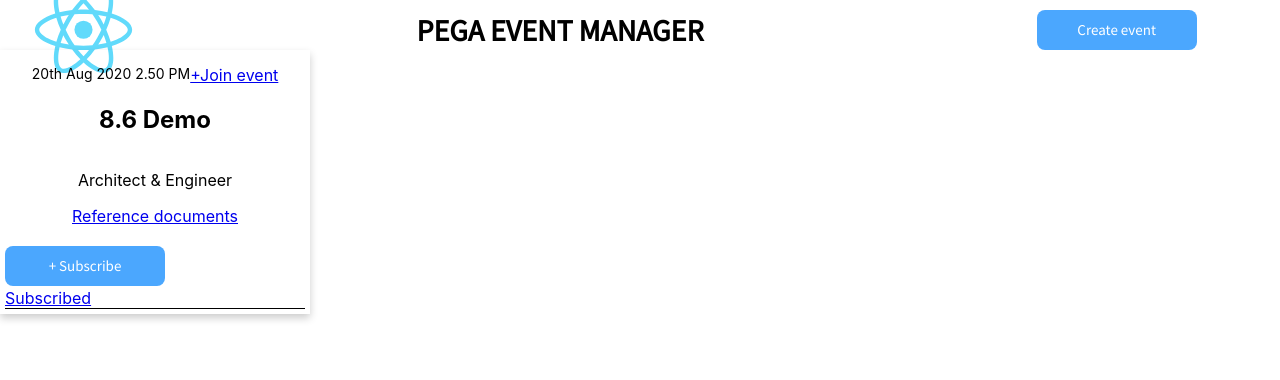
Repository: SasiVeeramachaneni/eventmanager
Page: /
The author's editor kept a copy of each file at every save. The page is drawn from the files as they stood at one save, then again after the next save.
The browser window is 1280 px wide. The pictures show the whole page.
The project was rebuilt for these pictures with package versions that can differ from the ones it lists, and the page was loaded fresh each time.

Above is the page before, as saved 2020-08-19 15:20:22.

### src/index.js
import React from 'react';
import ReactDOM from 'react-dom';
import './index.css';
import App from './App';
import * as serviceWorker from './serviceWorker';
import './fonts/SourceSansPro-Regular.ttf'

ReactDOM.render(
  <React.StrictMode>
    <App />
  </React.StrictMode>,
  document.getElementById('root')
);

// If you want your app to work offline and load faster, you can change
// unregister() to register() below. Note this comes with some pitfalls.
// Learn more about service workers: https://bit.ly/CRA-PWA
serviceWorker.unregister();

### src/App.js
import React from 'react';
import './App.css';
import logo from './logo.svg';
import Card from './Card';


function App() {
  return (
    <div className="App">
      <div className="header">
        <div className="logo"><img src={logo} alt=""/></div>
        <div className="heading">PEGA EVENT MANAGER</div>
        <div className="logo"><button type="button" className="createbutton">Create event</button></div>
      </div>
      <div className="body">
        <Card />

      </div>

    </div>
  );
}

export default App;

### src/App.css
.App {
  height: 100vh;
  width: 100%;
  display: grid;
  grid-template-rows: 50px 1fr;
}

@font-face {
  font-family: 'SourceSansPro';
  src: local('SourceSansPro'), url(./fonts/SourceSansPro-Regular.ttf) format('truetype');
}


.container {
  padding: 2px 16px;
}

.header {
  display: flex;
  align-items: stretch;
  justify-content: space-evenly;
  padding-top: 10px;
}

.logo {
  flex-grow: 1;
  display: flex;
  align-items: center;
  justify-content: center;
}

.heading {
  flex-grow: 3;
  display: flex;
  align-items: center;
  justify-content: center;
  font-size: 30px;
  font-weight: bold;
  font-family: SourceSansPro;

}

.createbutton {
  width: 10rem;
  color: #FFF;
  background: #4BA7FE;
  border-radius: 8px;
  font-size: 15px;
  line-height: 24px;
  height: 2.5rem;
  position: relative;
  align-items: center;
  box-sizing: border-box;
  transition: all 0.4s ease-in-out;
  border: none;
  font-family: SourceSansPro;


}

.body {
}

### src/Card.js
import React from 'react';
import './Card.css';

function Card() {
    return (
    <div className="card">
        <div className="inlineCard">
        <div className="topline">
          <div className="time">20th Aug 2020 2.50 PM</div>
          <a href="url">+Join event</a>
        </div>
        <h2>8.6 Demo</h2>
        <p>Architect & Engineer</p>
        <a href="url">Reference documents</a>
        <div className="solid">
            <button className="subscribe">+   Subscribe</button><br />
            <a href="url">Subscribed</a>
        </div>
        </div>
    </div>
    );
}

export default Card;

### src/Card.css
.card {
    box-shadow: 0 4px 8px 0 rgba(0,0,0,0.2);
    transition: 0.3s;
    width: 300px;
    padding: 5px;
  }

  .card:hover {
    box-shadow: 0 8px 16px 0 rgba(0,0,0,0.2);
  }

  .inlineCard {
    display: flex;
    flex-direction: column;
    align-items: center;
    justify-content: center;
  }

  .topline {
    display: flex;
    align-items: stretch;
    justify-content: space-evenly;
    padding-top: 10px;
    padding-left:5px;
    padding-right: 5px;
  }

  .solid {
    margin-top:10px;
    border-bottom: 1px solid black;
    width: 300px;
  }

  .time {
      display: flex;
      flex-grow: 1;
      font-size: 14px;
  }

  .subscribe {
    width: 10rem;
    color: #FFF;
    background: #4BA7FE;
    border-radius: 8px;
    font-size: 15px;
    line-height: 24px;
    height: 2.5rem;
    position: relative;
    align-items: center;
    box-sizing: border-box;
    transition: all 0.4s ease-in-out;
    border: none;
    font-family: SourceSansPro;
    margin-top: 10px;
    margin-bottom: 2px;

  }

Loaded but not shown: public/index.html (common file); src/index.css (common file); src/serviceWorker.js (common file)

After the next save:
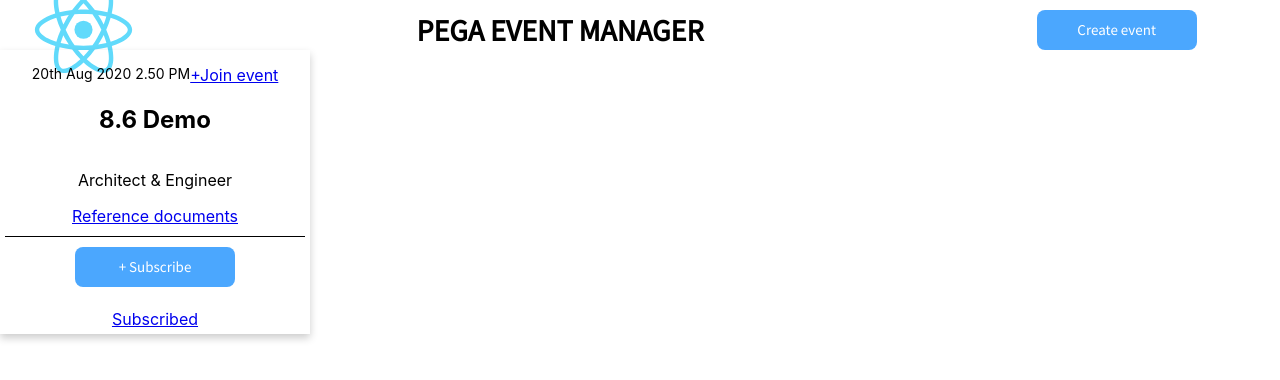
Saved 15 s later.
--- a/src/Card.js
+++ b/src/Card.js
@@ -12,10 +12,9 @@
         <h2>8.6 Demo</h2>
         <p>Architect & Engineer</p>
         <a href="url">Reference documents</a>
-        <div className="solid">
-            <button className="subscribe">+   Subscribe</button><br />
-            <a href="url">Subscribed</a>
-        </div>
+        <div className="solid" />
+        <button className="subscribe">+   Subscribe</button><br />
+        <a href="url">Subscribed</a>
         </div>
     </div>
     );
